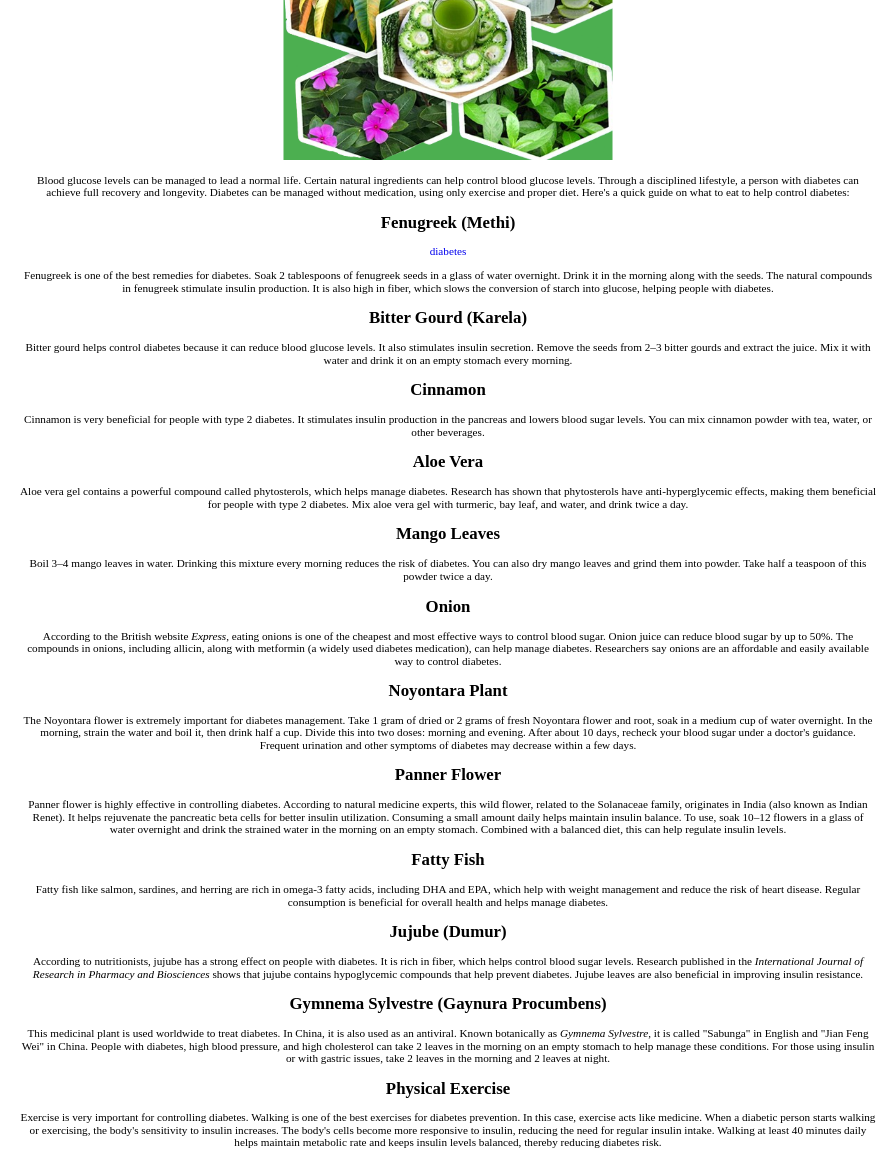
Repository: ridhukhan/spytimes
Page: /blood-sugar-natural-tips
These files come from the project's save history. The page is drawn as it stood at one moment and after the next save; the edit follows.
The browser window is 1280 px wide. The pictures show the part of the page from y = 1062 to 2982 px (the page is 2719 px tall before and 3219 px after), at 70% of full size.
Pictures or frames that could not be fetched are drawn as grey boxes. The project was rebuilt for these pictures with package versions that can differ from the ones it lists, and the page was loaded fresh each time. Also part of the build but not shown: vite.config.js, src/pages/home/Home.jsx, src/components/policy/PrivecyPolicy.jsx, src/components/policy/Terms.jsx, src/components/trending/TrendingDetails.jsx, src/pages/heath/Health.jsx, src/pages/heath/Allergy.jsx, src/pages/heath/WeightLose.jsx.

Above is the page before, as saved 2026-01-15 10:59:49.

After the next save:
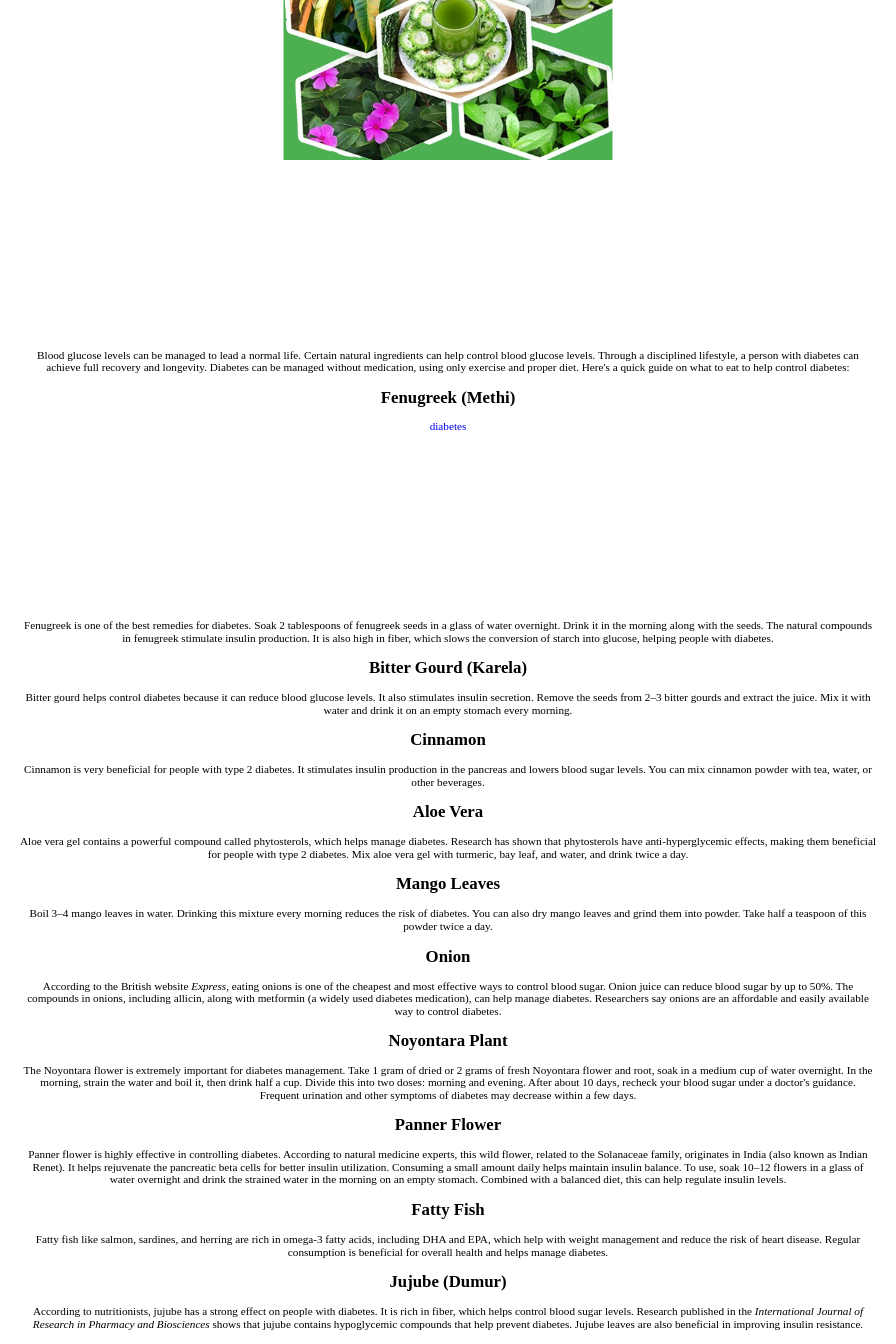
Saved 22 s later.
--- a/src/pages/heath/Dieabeties.jsx
+++ b/src/pages/heath/Dieabeties.jsx
@@ -25,7 +25,7 @@ const Dieabeties = () => {
       <a href="https://www.effectivegatecpm.com/b4s3z1g3h3?key=624d68387e04f583c66e77df9c6d18a7" target='_blank' rel='nofollow'>
         <img src={diabetese} alt="Healthy lifestyle tips for supporting blood sugar" style={{maxWidth: "100%"}} />
       </a>
-
+<ExoClickBanner/>
       <p>
         Blood glucose levels can be managed to lead a normal life. Certain natural ingredients can help control blood glucose levels. Through a disciplined lifestyle, a person with diabetes can achieve full recovery and longevity.
         Diabetes can be managed without medication, using only exercise and proper diet. Here's a quick guide on what to eat to help control diabetes:
@@ -37,6 +37,7 @@ const Dieabeties = () => {
       <a href="https://www.effectivegatecpm.com/b4s3z1g3h3?key=624d68387e04f583c66e77df9c6d18a7" target='_blank' rel='nofollow'>
         diabetes
       </a>
+      <MagSrvInPlaceAd/>
       <p>
         Fenugreek is one of the best remedies for diabetes. Soak 2 tablespoons of fenugreek seeds in a glass of water overnight. Drink it in the morning along with the seeds. The natural compounds in fenugreek stimulate insulin production. It is also high in fiber, which slows the conversion of starch into glucose, helping people with diabetes.
       </p>
